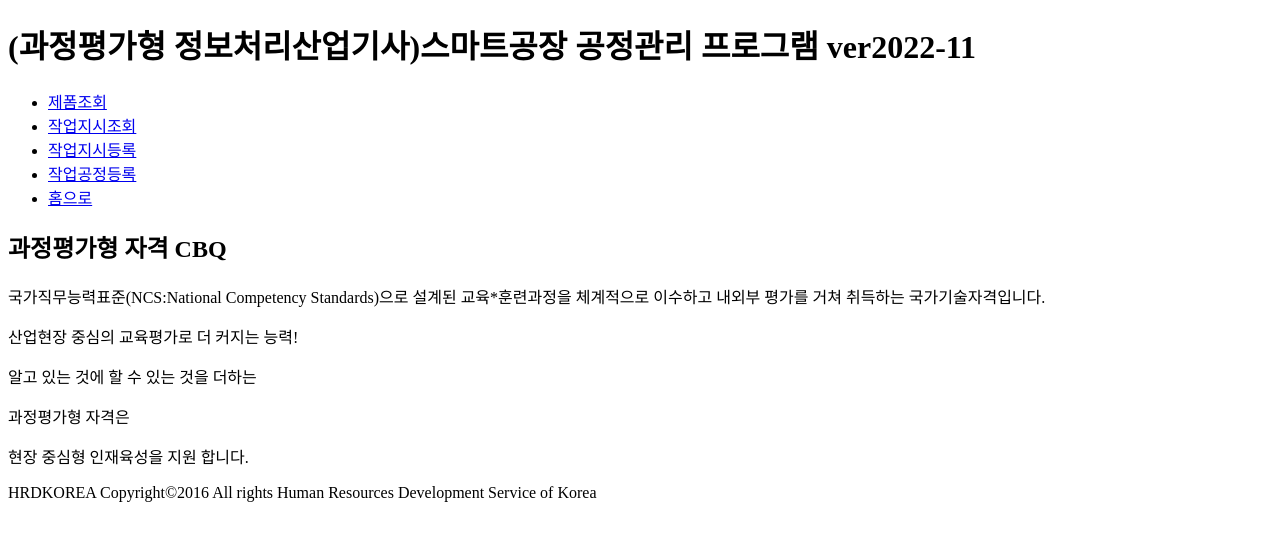
Repository: anakyn01/exam
Page: http://localhost/smart_5/sub2_1.jsp
The author's editor kept a copy of each file at every save. The page is drawn from the files as they stood at one save, then again after the next save.
The browser window is 1280 px wide. The pictures show the whole page.
The page is served by Tomcat 9.

Above is the page before, as saved 2025-01-06 07:05:18.

After the next save:
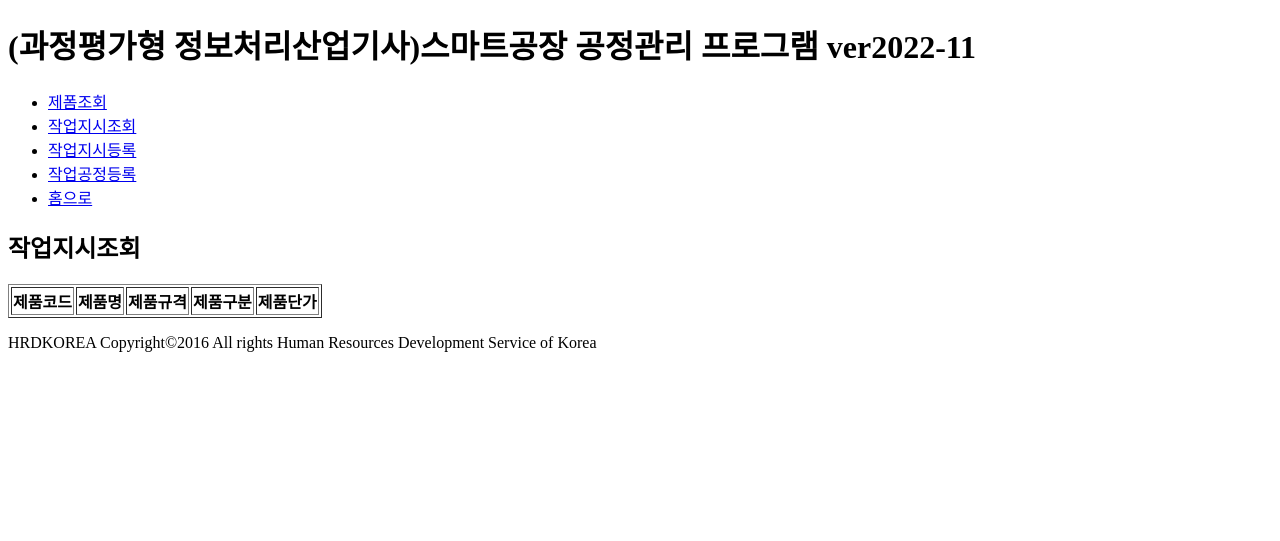
Saved 46 s later.
--- a/smart_5/src/main/webapp/sub2_1.jsp
+++ b/smart_5/src/main/webapp/sub2_1.jsp
@@ -2,6 +2,17 @@
     pageEncoding="UTF-8"%>
 <jsp:include page="include/header.jsp"/>
 
-<jsp:include page="include/body.jsp"/>
+<section>
+<h2>작업지시조회</h2>
+<table border=1>
+<tr>
+<th>제품코드</th>
+<th>제품명</th>
+<th>제품규격</th>
+<th>제품구분</th>
+<th>제품단가</th>
+</tr>
+</table>
+</section>
 
 <jsp:include page="include/footer.jsp"/>
